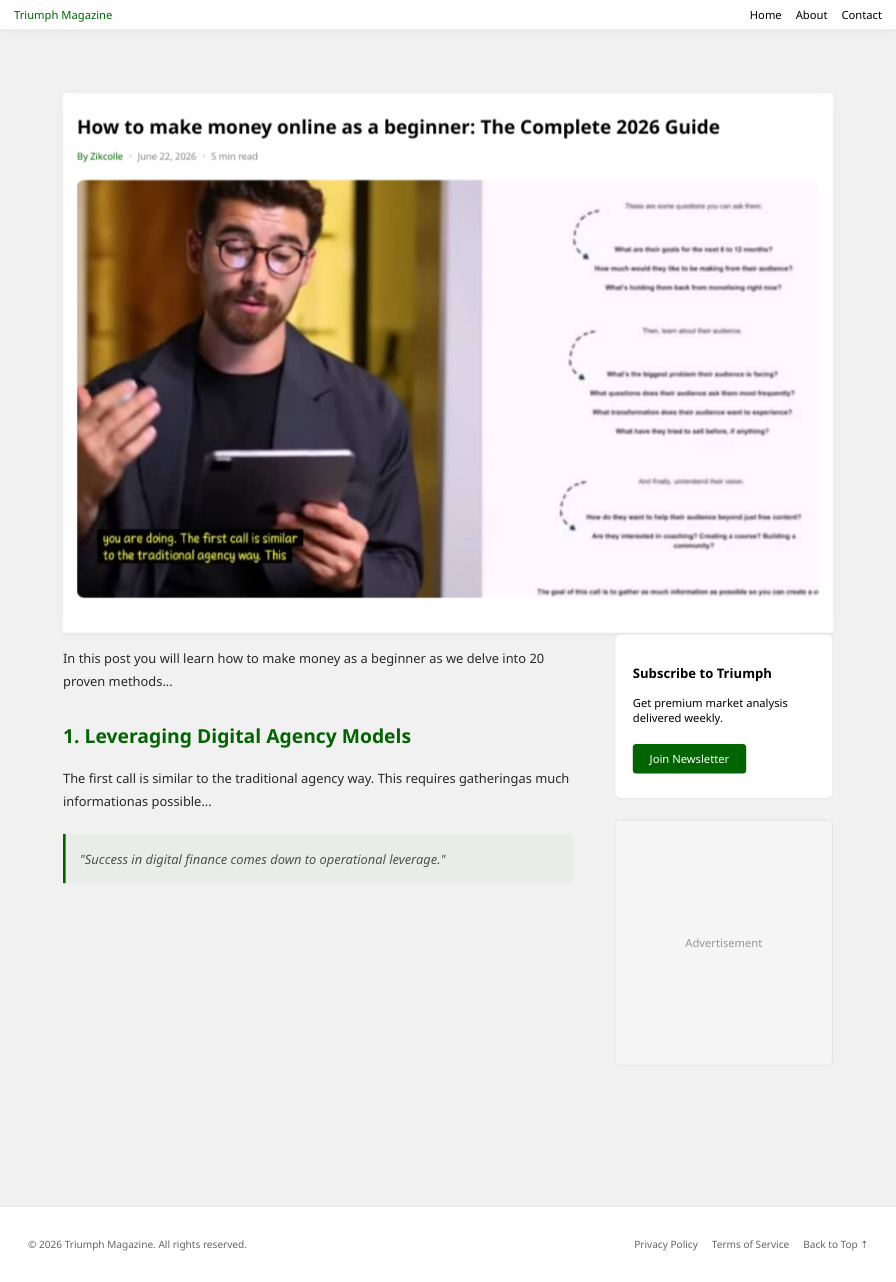
Repository: zikcolle/Triumph-Blog
Page: post.html
An editor plug-in stored every save of this project. The page is shown before and after the next save, followed by the edit.
The browser window is 1280 px wide. The pictures show the whole page, at 70% of full size.

Above is the page before, as saved 2026-06-23 11:21:37.

### post.html
<!DOCTYPE html>
<html lang="en">

<head>
    <meta charset="UTF-8">
    <meta name="viewport" content="width=device-width, initial-scale=1.0">
    <title>Triumph Magazine</title>
    <link rel="stylesheet" href="styles.css">
</head>

<body>
    <header>
        <nav>
            <div class="logo">Triumph Magazine</div>
            <div class="hamburger" onclick="toggleMenu()">
                <svg width="30" height="30">
                    <line x1="3" y1="5" x2="27" y2="5" stroke="black" stroke-width="3" />
                    <line x1="3" y1="15" x2="27" y2="15" stroke="black" stroke-width="3" />
                    <line x1="3" y1="25" x2="27" y2="25" stroke="black" stroke-width="3" />
                </svg>


            </div>
            <ul id="nav-links">
                <li><a href="#">Home</a></li>
                <li><a href="/about-us">About</a></li>
                <li><a href="/contact-us">Contact</a></li>
            </ul>
        </nav>
    </header>


    <main>
        <article class="post-container">

            <header class="post-header">
                <h1>How to make money online as a beginner: The Complete 2026 Guide</h1>

                    <div class="post-meta">
                       <span class="meta-author">By Zikcolle</span>
                       <span class="meta-divider">&bull;</span>
                       <span class="meta-date">June 22, 2026</span>
                       <span class="meta-divider">&bull;</span>
                       <span class="meta-time">5 min read</span>
                    </div>

                    <img src="simage\postiman.jpeg" class="post-hero-image">
            </header>

            <div class="post-body-split">

                <!--  The 70% Left Side -->
                <section class="post-content">
                    <p>In this post you will learn how to make money as a beginner as we delve into 20 proven methods...</p>
                    <h2>1. Leveraging Digital Agency Models</h2>
                    <p>The first call is similar to the traditional agency way. This requires gatheringas much informationas possible...</p>
                    <blockquote>"Success in digital finance comes down to operational leverage."</blockquote>
                </section>

                <!--  The 30% Left Side -->
                <aside class="post-sidebar">
                    <div class="sidebar-widget">
                        <h3>Subscribe to Triumph</h3>
                        <p>Get premium market analysis delivered weekly.</p>
                        <!-- Placeholder for future email input-->
                        <a href="#" class="view-more">Join Newsletter</a>
                    </div>

                    <div class="sidebar-widget ad-space">
                        <!-- Placeholder for future Google Adsesne-->
                         <p>Advertisement</p>
                    </div>
                </aside>
            </div>
        </article>
    </main>

    <footer>
        <div class="footer-container">
            <p class="copyright">&copy; 2026 Triumph Magazine. All rights reserved.</p>
            <div class="footer-links">
                <a href="#">Privacy Policy</a>
                <a href="#">Terms of Service</a>
                <a href="#top">Back to Top &uarr;</a>
            </div>
        </div>
    </footer>

</body>

</html>

<script>
    function toggleMenu() {
        document.getElementById('nav-links').classList.toggle('active');
    }
</script>

### styles.css
body {
    background-color: rgb(241, 241, 241);
    color: rgb(0, 0, 0);
    font-family: 'Segoe UI', Tahoma, Geneva, Verdana, sans-serif;
    padding: 0;
    margin: 0;

}

header {
    position: relative;
    z-index: 100;
    background-color: rgba(255, 255, 255, 0.92);
    padding: 10px 20px;
    border-bottom: 1px solid rgba(0, 0, 0, 0.108);
    backdrop-filter: blur(20px) saturate(180%);
    -webkit-backdrop-filter: blur(20px) saturate(180%);
    box-shadow: 0 1px 0 rgba(0, 0, 0, 0.04), 0 2px 16px rgba(0, 0, 0, 0.04);
    color: rgb(0, 101, 0);
    width: 100%;
    box-sizing: border-box;
}

nav {
    display: flex;
    justify-content: space-between;
    align-items: center;
}

nav ul {
    list-style: none;
    display: flex;
    gap: 20px;
    margin: 0;
    padding: 0;
}

nav ul li a {
    text-decoration: none;
    color: rgb(0, 0, 0);
}

nav a:hover {
    color: rgb(0, 101, 0);
    text-decoration: underline;
}

.hamburger {
    display: none;
    font-size: 24px;
}

@media (max-width: 768px) {
    nav ul {
        background-color: rgb(255, 255, 255);
        display: none;
        flex-direction: column;
        position: absolute;
        top: 60px;
        right: 0;
        width: 100%;
        text-align: center;
        padding: 20px;
        box-shadow: 0 2px 5px rgba(0, 0, 0, 0.1);
        z-index: 1000;
    }

    nav ul.active {
        display: flex !important;
    }

    nav ul li {
        margin: 10px 0;
    }

    .hamburger {
        display: block;
        cursor: pointer;
    }
}

main {
    padding: 50px;
}

@media (min-width: 768px) {
    main {
        padding: 50px;
    }
}

img,
svg,
video,
canvas,
iframe {
    max-width: 100%;
    height: auto;
    display: block;
}

.label-post {
    background-color: rgb(0, 101, 0);
    color: rgb(255, 255, 255);
    max-width: fit-content;
    padding: 10px;
    border-radius: 15px;
    font-size: 1rem;
}

.feat-post {
    display: flex;
    flex-direction: column;
    gap: 24px;
    background-color: rgb(255, 255, 255);
    border: 1px solid rgba(0, 0, 0, 0.129);
    border-radius: 10px;
    padding: 24px;
}

.feat-post img {
    width: 100%;
    height: auto;
    object-fit: cover;
    border-radius: 6px;
}

.feat-content {
    display: flex;
    flex-direction: column;
    align-items: flex-start;
    gap: 12px;
}

@media (min-width: 768px) {
    .feat-post {
        flex-direction: row;
        align-items: center;
    }

    .feat-post img {
        width: 50%;
    }

    .feat-content {
        width: 50%;
        padding-left: 20px;
    }
}

.read-more {
    background-color: rgb(0, 101, 0);
    color: rgb(255, 255, 255);
    text-decoration: none;
    max-width: fit-content;
    padding: 5px;
    border-radius: 5px;
}

.post-grid {
    display: grid;
    grid-template-columns: repeat(auto-fit, minmax(300px, 1fr));
    gap: 20px;
}

.post-grid h2,
.post-grid h3 {
    font-size: 1.25rem;
    line-height: 1.4;
    margin: 10px 0;
}

.post-grid img {
    width: 100%;
    aspect-ratio: 16 / 9;
    object-fit: cover;
    border-radius: 6px;
}

.blog-post {
    background-color: rgb(255, 255, 255);
    border: 1px solid rgba(0, 0, 0, 0.129);
    border-radius: 10px;
    padding: 20px;
    margin: 5px;
    line-height: 2;
}

.view-more {
    background-color: rgb(0, 101, 0);
    color: rgb(255, 255, 255);
    text-decoration: none;
    display: inline-block;
    padding: 10px 24px;
    margin: 10px 0;
    border-radius: 5px;
}

.rel-post {
    display: flex;
    align-items: center;
    gap: 20px;
    background-color: rgb(255, 255, 255);
    width: 100%;
    max-width: 500px;
    padding: 10px;
    border: 1px solid rgba(0, 0, 0, 0.129);
    border-radius: 5px;
    backdrop-filter: blur(20px) saturate(180%);
    -webkit-backdrop-filter: blur(20px) saturate(180%);
    box-shadow: 0 1px 0 rgba(0, 0, 0, 0.04), 0 2px 16px rgba(0, 0, 0, 0.04);
}

.rel-post img {
    width: 100px;
    aspect-ratio: 16 / 9;
    object-fit: cover;
}

.rel-post a {
    color: rgb(0, 0, 0);
    text-decoration: none;
    font-weight: 600;
    transition: color 0.2s ease;
}

.rel-post a:hover {
    color: rgb(0, 101, 0);
}

footer {
    background-color: rgb(255, 255, 255);
    border-top: 1px solid rgba(0, 0, 0, 0.108);
    padding: 30px 20px;
    margin-top: 80px;
}

.footer-container {
    display: flex;
    flex-direction: column;
    align-items: center;
    gap: 15px;
    max-width: 1200px;
    margin: 0 auto;
    font-size: 0.9rem;
    color: rgb(100, 100, 100);
}

.footer-links {
    display: flex;
    gap: 20px;
}

.footer-links a {
    color: rgb(100, 100, 100);
    text-decoration: none;
    transition: color 0.2s ease;
}

.footer-links a:hover {
    color: rgb(0, 101, 0);
}

@media (min-width: 768px) {
    .footer-container {
        flex-direction: row;
        justify-content: space-between;
    }
}

.post-meta {
    display: flex;
    align-items: center;
    gap: 8px;
    font-size: 0.85rem;
    color: rgb(130, 130, 130);
    font-weight: 500;
    letter-spacing: -0.01em;
}

.meta-author {
    color: rgb(0, 101, 0);
}

.meta-divider {
    color: rgba(0, 0, 0, 0.2);
}

/* --- SINGLE POST PAGE STYLES --- */

.post-container {
    max-width: 1100px;
    margin: 40px auto;
    padding: 0 20px;
}

.post-header h1 {
    font-size: 1.7rem;
    line-height: 1.3;
    color: rgb(0, 0, 0);
    margin-top: 20px;
    margin-bottom: 15px;
}

.post-header .post-meta {
    margin-bottom: 25px;
}

.post-hero-image {
    width: 100%;
    height: auto;
    aspect-ratio: 16 / 9;
    object-fit: cover;
    border-radius: 10px;
    margin-bottom: 40px;
}

.post-body-split {
    display: flex;
    flex-direction: column;
    gap: 40px;
}

.post-content {
    font-size: 1.15rem;
    line-height: 1.7;
    color: rgb(40, 40, 40);
}

.post-content h2 {
    margin-top: 40px;
    margin-bottom: 15px;
    color: rgb(0, 101, 0);
}

.post-content p {
    margin-bottom: 20px;
    line-height: 1.8;
}

.post-content blockquote {
    border-left: 4px solid rgb(0, 101, 0);
    padding-left: 20px;
    margin: 30px 0;
    font-style: italic;
    color: rgb(80, 80, 80);
    background-color: rgba(0, 101, 0, 0.03);
    padding: 20px;
    border-radius: 0 5px 5px 0;
}

.sidebar-widget {
    background-color: rgb(255, 255, 255);
    border: 1px solid rgba(0, 0, 0, 0.1);
    border-radius: 8px;
    padding: 25px;
    margin-bottom: 30px;
}

.sidebar-widget.ad-space {
    background-color: rgb(245, 245, 245);
    text-align: center;
    color: rgb(150, 150, 150);
    min-height: 300px;
    display: flex;
    align-items: center;
    justify-content: center;
}

@media (min-width: 900px) {
    .post-header h1 {
        font-size: ;
    }
    .post-body-split {
        flex-direction: row;
        align-items: flex-start;
        gap: 60px;
    }

    .post-content {
        width: 70%;
    }

    .post-sidebar {
        width: 30%;
        position: sticky;
        top: 100px;
    }
}

After the next save:
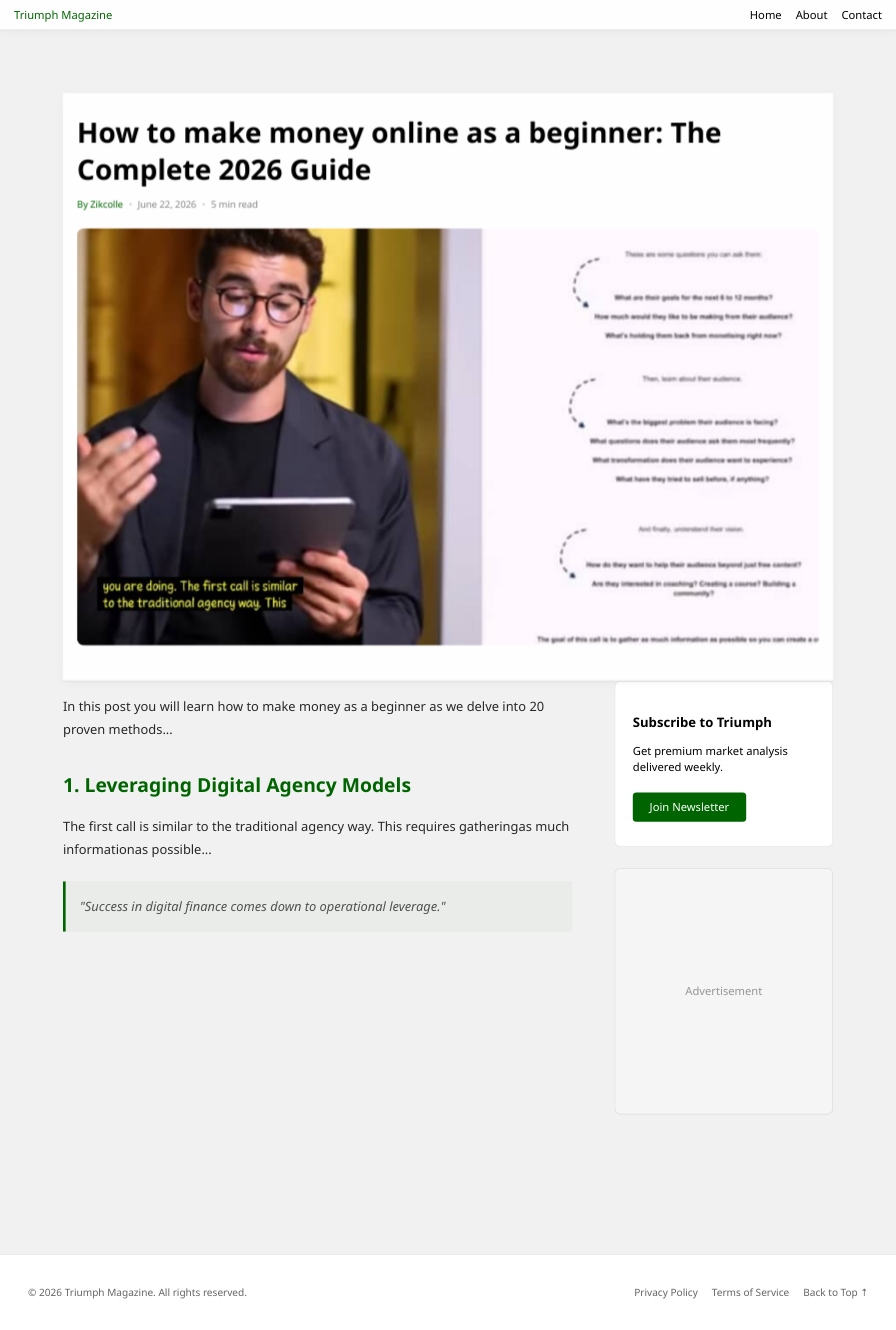
Saved 5 s later.
--- a/styles.css
+++ b/styles.css
@@ -369,7 +369,7 @@ footer {
 
 @media (min-width: 900px) {
     .post-header h1 {
-        font-size: ;
+        font-size: 2.5rem;
     }
     .post-body-split {
         flex-direction: row;
